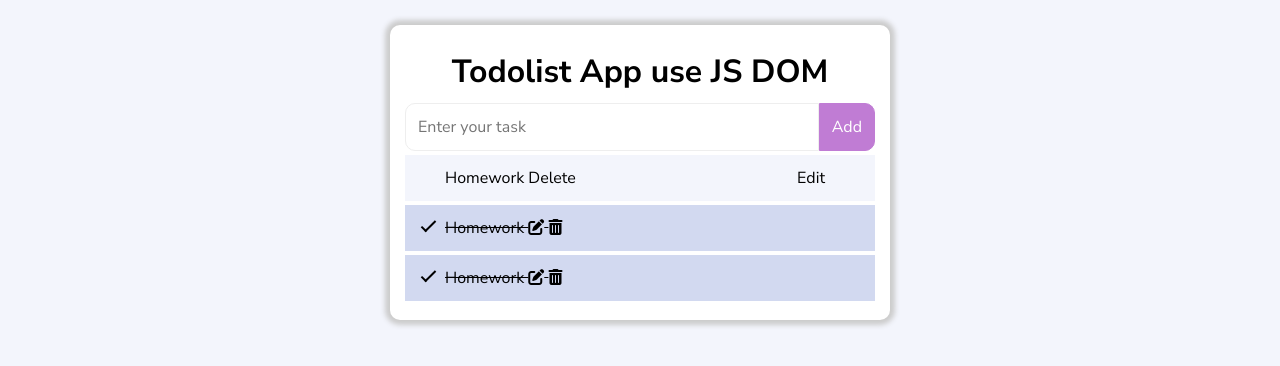
Repository: anhquan74-dev/todolist_app
Page: index.html
An editor plug-in stored every save of this project. The page is shown before and after the next save, followed by the edit.
The browser window is 1280 px wide. The pictures show the whole page.
Some web libraries are served in a nearby version.

Above is the page before, as saved 2022-07-21 16:25:53.

After the next save:
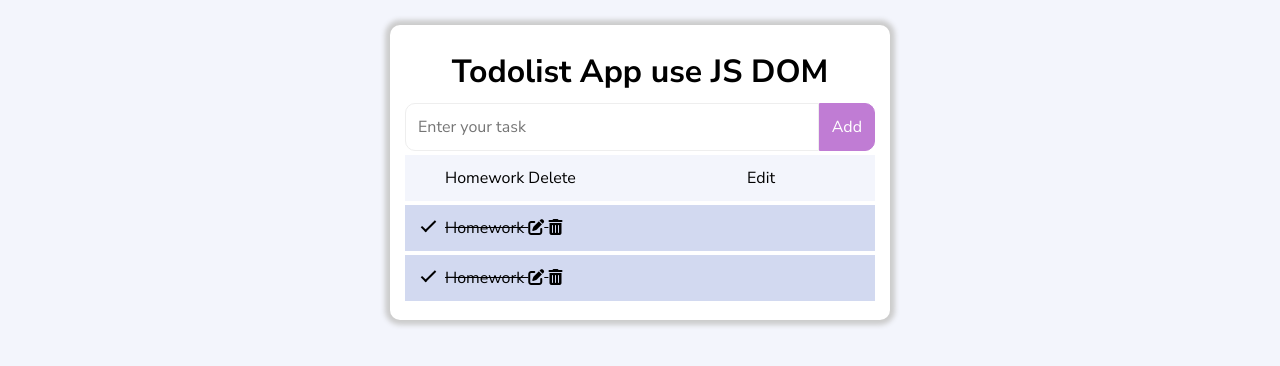
Saved 8 s later.
--- a/style.css
+++ b/style.css
@@ -81,7 +81,7 @@ h1 {
     position: absolute;
     top: 50%;
     transform: translateY(-50%);
-    right: 50px;
+    right: 100px;
 }
 
 .item:hover  span{
